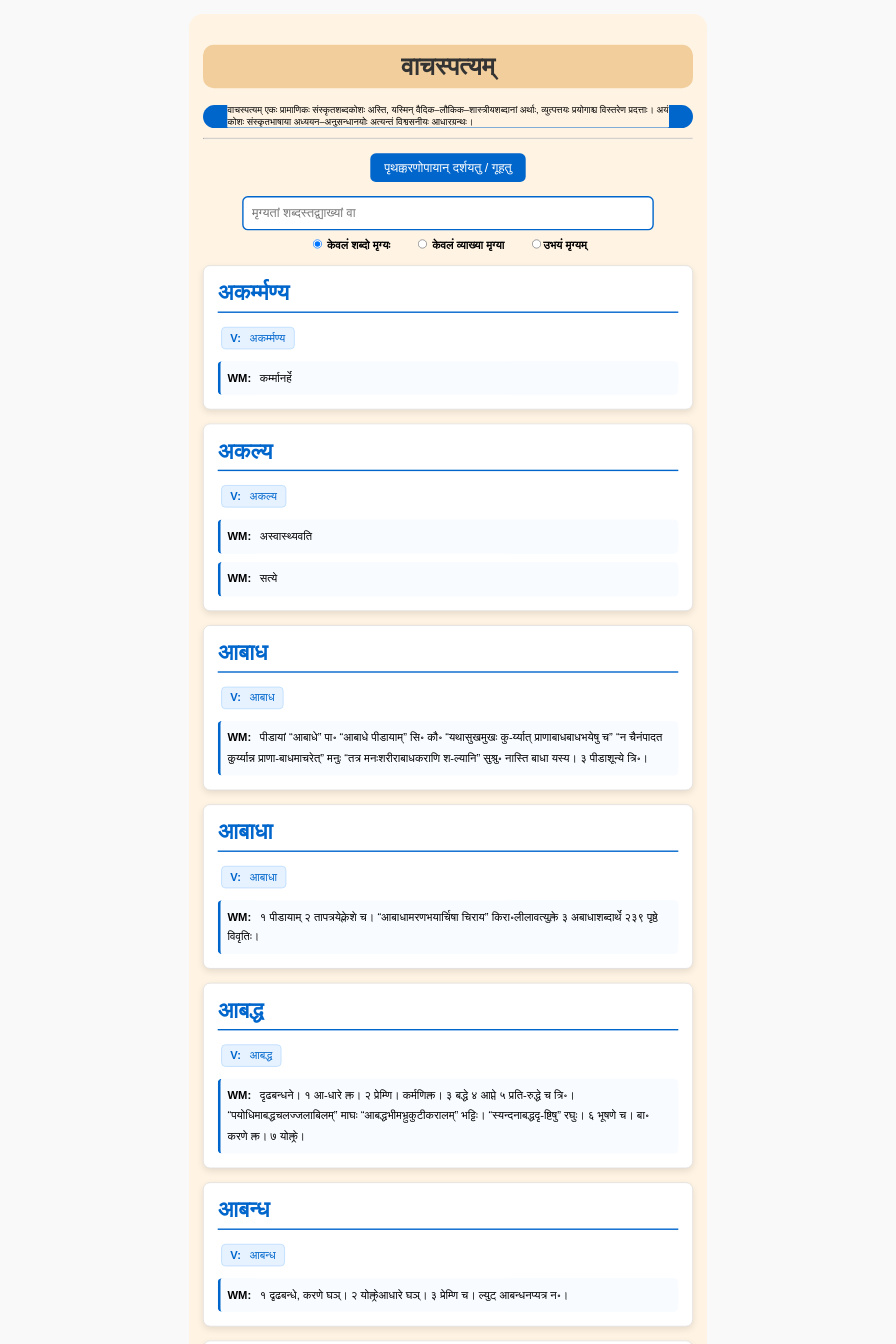
Repository: sanskritsphere/vachaspatyam-demo
Page: index.html
These files come from the project's save history. The page is drawn as it stood at one moment and after the next save; the edit follows.
The browser window is 1280 px wide. The pictures show the part of the page from y = 0 to 1920 px (the page is 3444 px tall), at 70% of full size.

Above is the page before, as saved 2025-12-14 12:49:20.

### index.html
<!DOCTYPE html>
<html lang="sa">
<head>
    <meta charset="UTF-8">
    <meta name="viewport" content="width=device-width, initial-scale=1.0">
    <link rel="styleSheet" type="text/css" href="style.css">
    <title>वाचस्पत्यम् शब्दकोशः</title>

</head>
<body>
    <div class="container">
    <header>
        <h1>वाचस्पत्यम्</h1>
    <p class="small">वाचस्पत्यम् एकः प्रामाणिकः संस्कृतशब्दकोशः अस्ति, यस्मिन् वैदिक–लौकिक–शास्त्रीयशब्दानां अर्थाः, व्युत्पत्तयः प्रयोगाश्च विस्तरेण प्रदत्ताः।
अयं कोशः संस्कृतभाषाया अध्ययन–अनुसन्धानयोः अत्यन्तं विश्वसनीयः आधारग्रन्थः।</p>
    </header>
    <hr>
    <button id="toggleFilters">पृथक्करणोपायान् दर्शयतु / गूहतु</button>

    <div id="searchContainer">
        <input type="text" id="search" placeholder="मृग्यतां शब्दस्तद्व्याख्यां वा">
        <div class="search-options">
            <label><input type="radio" name="searchMode" value="wordOnly" checked> केवलं शब्दो मृग्यः</label>
            <label><input type="radio" name="searchMode" value="meaningOnly"> केवलं व्याख्या मृग्या</label>
            <label><input type="radio" name="searchMode" value="both">उभयं मृग्यम्</label>
        </div>
    </div>

    <div class="filters" id="filtersPanel">
        <div class="filter-group" id="startingLetterGroup">
            <label>आद्यक्षरानुक्रमेण पृथक्करणम्</label>
            <select id="startingLetterFilter">
                <option value="">सर्वाणि आद्यक्षराणि</option>
            </select>
        </div>

        <div class="filter-group" id="gcGroup">
            <label>लिङ्गशः पृथक्करणम्</label>
            <select id="gcFilter">
                <option value="">सर्वलिङ्गानि</option>
            </select>
        </div>

        <!-- टैग विज़िबिलिटी -->
        <div class="filter-group" style="grid-column: 1 / -1;" id="tagVisibilityGroup">
            <label>दर्शयितुमिष्टानि खण्डानि चिन्वीत</label>
            <div class="tag-visibility" id="tagVisibility">
                <!-- डायनामिकली जनरेट होगा -->
            </div>
        </div>

        <!-- नए टैग फ़िल्टर सेक्शन -->
        <div class="filter-group" style="grid-column: 1 / -1;" id="tagFiltersGroup">
            <label>टैग्-मूल्येन विशिष्टमानानि चीयन्ताम्</label>
            <div class="tag-filters" id="tagFilters">
                <!-- XML से सभी टैग्स के लिए डायनामिक सिलेक्ट बॉक्स जनरेट होंगे -->
            </div>
        </div>
    </div>

    <div id="results"></div>
</div>
    <script>
        let dictionary = [];
        let allTags = new Set();
        let tagValues = {}; // { tag: Set of values }
        let startingLetters = new Set();
        let gcValues = new Set();
        let currentPage = 1;
        const itemsPerPage = 25;
        // XML फ़ाइल लोड करना
        fetch('vachaspatyam.xml')
            .then(response => response.text())
            .then(xmlText => {
                const parser = new DOMParser();
                const xml = parser.parseFromString(xmlText, "application/xml");
                const entries = xml.querySelectorAll('entry');

                entries.forEach(entry => {
                    const obj = {};
                    entry.querySelectorAll('*').forEach(child => {
                        const tagName = child.tagName;
                        allTags.add(tagName);

                        if (!obj[tagName]) obj[tagName] = [];
                        const value = child.textContent.trim();
                        if (value) obj[tagName].push(value);

                        // टैग वैल्यूज़ कलेक्ट करना
                        if (!tagValues[tagName]) tagValues[tagName] = new Set();
                        tagValues[tagName].add(value);

                        // विशेष हैंडलिंग
                        if (tagName === 'V' && value) {
                            startingLetters.add(value[0]);
                        }
                        if (tagName === 'GC' && value) {
                            gcValues.add(value);
                        }
                    });
                    dictionary.push(obj);
                });

                generateDynamicFilters();
                generateTagVisibility();
                generateTagFilters(); // नया फ़ीचर
                renderEntries(dictionary);
            })
            .catch(err => {
                document.getElementById('results').innerHTML =
                    '<p class="no-results">vachaspatyam.xml इति संचिका न लब्धा। कृपया तां स्थापयतु।</p>';
                console.error(err);
            });

        function generateDynamicFilters() {
            const startingSelect = document.getElementById('startingLetterFilter');
            [...startingLetters].sort().forEach(letter => {
                const opt = document.createElement('option');
                opt.value = letter;
                opt.textContent = letter;
                startingSelect.appendChild(opt);
            });

            const gcSelect = document.getElementById('gcFilter');
            [...gcValues].sort().forEach(gc => {
                const opt = document.createElement('option');
                opt.value = gc;
                opt.textContent = gc;
                gcSelect.appendChild(opt);
            });
        }

        function generateTagVisibility() {
            const container = document.getElementById('tagVisibility');
            container.innerHTML = '';
            [...allTags].sort().forEach(tag => {
                const label = document.createElement('label');
                const checkbox = document.createElement('input');
                checkbox.type = 'checkbox';
                checkbox.id = 'show' + tag;
                checkbox.checked = tag === 'V' || tag === 'WM'; // डिफ़ॉल्ट V और WM दिखाएँ
                label.appendChild(checkbox);
                label.appendChild(document.createTextNode(' ' + tag));
                container.appendChild(label);
            });
        }

        function generateTagFilters() {
            const container = document.getElementById('tagFilters');
            container.innerHTML = '';
            [...allTags].sort().forEach(tag => {
                if (tag === 'V') return; // V के लिए पहले से आदि अक्षर फ़िल्टर है

                const group = document.createElement('div');
                group.className = 'filter-group';

                const label = document.createElement('label');
                label.textContent = `${tag} मूल्येन पृथक्करोतु`;
                group.appendChild(label);

                const select = document.createElement('select');
                select.id = 'filter_' + tag;
                select.innerHTML = '<option value="">सर्वाणि</option>';

                // टैग के सभी यूनिक वैल्यूज़ जोड़ना
                [...tagValues[tag]].sort().forEach(val => {
                    const opt = document.createElement('option');
                    opt.value = val;
                    opt.textContent = val;
                    select.appendChild(opt);
                });

                group.appendChild(select);
                container.appendChild(group);
            });
        }

        function getMeaningText(entry) {
            let text = '';
            Object.keys(entry).forEach(key => {
                if (key !== 'V') {
                    text += entry[key].join(' ') + ' ';
                }
            });
            return text;
        }

        function renderEntries(entries) {
            const resultsDiv = document.getElementById('results');
            resultsDiv.innerHTML = '';
            if (entries.length === 0) {
                resultsDiv.innerHTML = '<p class="no-results">कश्चन शब्दो न लब्धः। कृपया मृग्यपदं परिवर्तयतु।</p>';
                return;
            }

            entries.forEach(entry => {
                const div = document.createElement('div');
                div.className = 'entry';
                div.innerHTML = `<h3>${entry.V ? entry.V[0] : 'अज्ञातः'}</h3>`;

                const tagsDiv = document.createElement('div');

                allTags.forEach(tag => {
                    const checkbox = document.getElementById('show' + tag);
                    if (checkbox && checkbox.checked && entry[tag]) {
                        entry[tag].forEach(value => {
                            if (tag === 'WM' || tag === 'EXP') {
                                tagsDiv.innerHTML += `<div class="content"><span class="tag-name">${tag}:</span> ${value}</div>`;
                            } else {
                                tagsDiv.innerHTML += `<span class="tag"><span class="tag-name">${tag}:</span> ${value}</span>`;
                            }
                        });
                    }
                });

                div.appendChild(tagsDiv);
                resultsDiv.appendChild(div);
            });
        }

        function filterEntries() {
            let filtered = dictionary;

            const query = document.getElementById('search').value.trim();
            const searchMode = document.querySelector('input[name="searchMode"]:checked').value;

            if (query) {
                if (searchMode === 'wordOnly') {
                    filtered = filtered.filter(entry => entry.V && entry.V.some(v => v.includes(query)));
                } else if (searchMode === 'meaningOnly') {
                    filtered = filtered.filter(entry => getMeaningText(entry).includes(query));
                } else {
                    filtered = filtered.filter(entry =>
                        (entry.V && entry.V.some(v => v.includes(query))) ||
                        getMeaningText(entry).includes(query)
                    );
                }
            }

            const startingLetter = document.getElementById('startingLetterFilter').value;
            if (startingLetter) {
                filtered = filtered.filter(entry => entry.V && entry.V[0].startsWith(startingLetter));
            }

            const gc = document.getElementById('gcFilter').value;
            if (gc) {
                filtered = filtered.filter(entry => entry.GC && entry.GC.includes(gc));
            }

            // सभी टैग फ़िल्टर्स
            allTags.forEach(tag => {
                const select = document.getElementById('filter_' + tag);
                if (select && select.value) {
                    const filterValue = select.value;
                    filtered = filtered.filter(entry =>
                        entry[tag] && entry[tag].includes(filterValue)
                    );
                }
            });

            renderEntries(filtered);
        }

        // टॉगल बटन
        document.getElementById('toggleFilters').addEventListener('click', () => {
            const panel = document.getElementById('filtersPanel');
            panel.style.display = (panel.style.display === 'none' || panel.style.display === '') ? 'grid' : 'none';
        });

    function generateTagVisibility() {
    const container = document.getElementById('tagVisibility');
    container.innerHTML = '';

    // टैग नेम → संस्कृत में पूरा लेबल (विवरण)
    const tagLabels = {
        V:    "शब्दः (Vocable)",
        GC:   "लिङ्गम् (Grammatical Category)",
        GR:   "व्युत्पत्तिः (Grammar & Root)",
        ET:   "व्युत्पत्ति-विवरणम् (Etymology)",
        EXP:  "व्याख्या (Explanation)",
        CA:   "समास-विश्लेषणम् (Compound Analysis)",
        CT:   "उद्धरणम् (Citation Text)",
        RM:   "सन्दर्भः (Reference Mode)",
        WM:   "मुख्यार्थः (Word Meaning)"
        // यदि भविष्य में नया टैग जोड़ा जाए तो यहाँ उसका विवरण जोड़ सकते हैं
    };

    [...allTags].sort().forEach(tag => {
        const label = document.createElement('label');
        const checkbox = document.createElement('input');
        checkbox.type = 'checkbox';
        checkbox.id = 'show' + tag;
        // डिफ़ॉल्ट: V और WM हमेशा चेक रहें
        checkbox.checked = (tag === 'V' || tag === 'WM');

        label.appendChild(checkbox);
        // विवरण यदि उपलब्ध हो तो दिखाएँ, अन्यथा केवल टैग नेम
        const displayText = tagLabels[tag] || tag;
        label.appendChild(document.createTextNode(' ' + displayText));

        container.appendChild(label);
    });
}



        // सभी इवेंट्स
        document.getElementById('search').addEventListener('input', filterEntries);
        document.querySelectorAll('input[name="searchMode"]').forEach(radio => radio.addEventListener('change', filterEntries));
        document.getElementById('startingLetterFilter').addEventListener('change', filterEntries);
        document.getElementById('gcFilter').addEventListener('change', filterEntries);
        document.getElementById('filtersPanel').addEventListener('change', filterEntries); // सभी सिलेक्ट और चेकबॉक्स
    </script>
</body>
</html>

### style.css

        body {
            font-family: 'Sanskrit Text', 'Arial Unicode MS', Arial, sans-serif;
            margin: 20px;
            background-color: #f9f9f9;
            direction: ltr;
        }
        .container{
            width: 95%;
            max-width: 700px;
            margin: auto;
            background-color: #fff3e3;
            padding: 20px;
            border-radius: 20px;
        }
        header{
            display: block;
            justify-content: center;
            align-items: center;
            gap: 20px;
        }

       header h1 {
            text-align: center;
            color: #333;
            font-size: 36px;
            background-color: #f1ce9c;
            padding: 10px;
            border-radius: 15px;
        }
       header .small{
            font-size: smaller;
            border-left: 35px solid #0066cc;
            border-radius: 100px ;
            border-right: 35px solid #0066cc;
            border-bottom: 1px solid #0066cc;
        }
        #toggleFilters {
            display: block;
            margin: 20px auto;
            padding: 10px 20px;
            font-size: 18px;
            background: #0066cc;
            color: white;
            border: none;
            border-radius: 8px;
            cursor: pointer;
        }
        #toggleFilters:hover {
            background: #0055aa;
        }
        #searchContainer {
            margin-bottom: 20px;
            text-align: center;
        }
        #search {
            width: 80%;
            max-width: 600px;
            padding: 12px;
            font-size: 18px;
            border: 2px solid #0066cc;
            border-radius: 8px;
        }
        .search-options {
            margin-top: 10px;
        }
        .search-options label {
            margin: 0 15px;
            font-weight: bold;
            font-size: 16px;
        }
        .filters {
            margin-bottom: 30px;
            padding: 15px;
            background: #fff;
            border: 1px solid #ddd;
            border-radius: 10px;
            box-shadow: 0 4px 10px rgba(0,0,0,0.1);
            display: grid;
            grid-template-columns: repeat(auto-fit, minmax(300px, 1fr));
            gap: 20px;
            display: none; /* शुरू में छिपा */
        }
        .filter-group {
            display: flex;
            flex-direction: column;
        }
        .filter-group label {
            font-weight: bold;
            margin-bottom: 8px;
            color: #333;
            font-size: 18px;
        }
        .filter-group select {
            padding: 8px;
            border-radius: 6px;
            border: 1px solid #ccc;
            font-size: 16px;
            max-width: 300px;
        }
        .tag-visibility {
            display: grid;
            grid-template-columns: repeat(auto-fill, minmax(180px, 1fr));
            gap: 10px;
            margin-top: 10px;
        }
        .tag-visibility label {
            font-weight: normal;
            display: flex;
            align-items: center;
            font-size: 16px;
        }
        .tag-visibility input[type="checkbox"] {
            margin-right: 8px;
        }
        .tag-filters {
            display: grid;
            grid-template-columns: repeat(auto-fill, minmax(250px, 1fr));
            gap: 15px;
            margin-top: 15px;
            padding: 10px;
            background: #f0f8ff;
            border-radius: 8px;
        }
        #results {
            display: grid;
            gap: 20px;
        }
        .entry {
            background: white;
            padding: 20px;
            border: 1px solid #ddd;
            border-radius: 10px;
            box-shadow: 0 4px 10px rgba(0,0,0,0.1);
        }
        .entry h3 {
            margin: 0 0 15px 0;
            color: #0066cc;
            font-size: 32px;
            border-bottom: 2px solid #0066cc;
            padding-bottom: 8px;
        }
        .tag {
            display: inline-block;
            background: #e6f2ff;
            color: #0066cc;
            padding: 6px 12px;
            margin: 5px;
            border-radius: 6px;
            font-size: 16px;
            border: 1px solid #b3d9ff;
        }
        .tag-name {
            font-weight: bold;
            margin-right: 8px;
        }
        .content {
            margin-top: 12px;
            line-height: 1.8;
            background: #f8fbff;
            padding: 10px;
            border-radius: 6px;
            border-left: 4px solid #0066cc;
            font-size: 16px;
        }
        .no-results {
            text-align: center;
            color: #888;
            font-size: 22px;
            padding: 40px;
        }
        @media (max-width: 768px) {
            .filters {
                grid-template-columns: 1fr;
            }
            .tag-visibility, .tag-filters {
                grid-template-columns: 1fr;
            }
            #search {
                width: 100%;
            }
        }

After the next save:
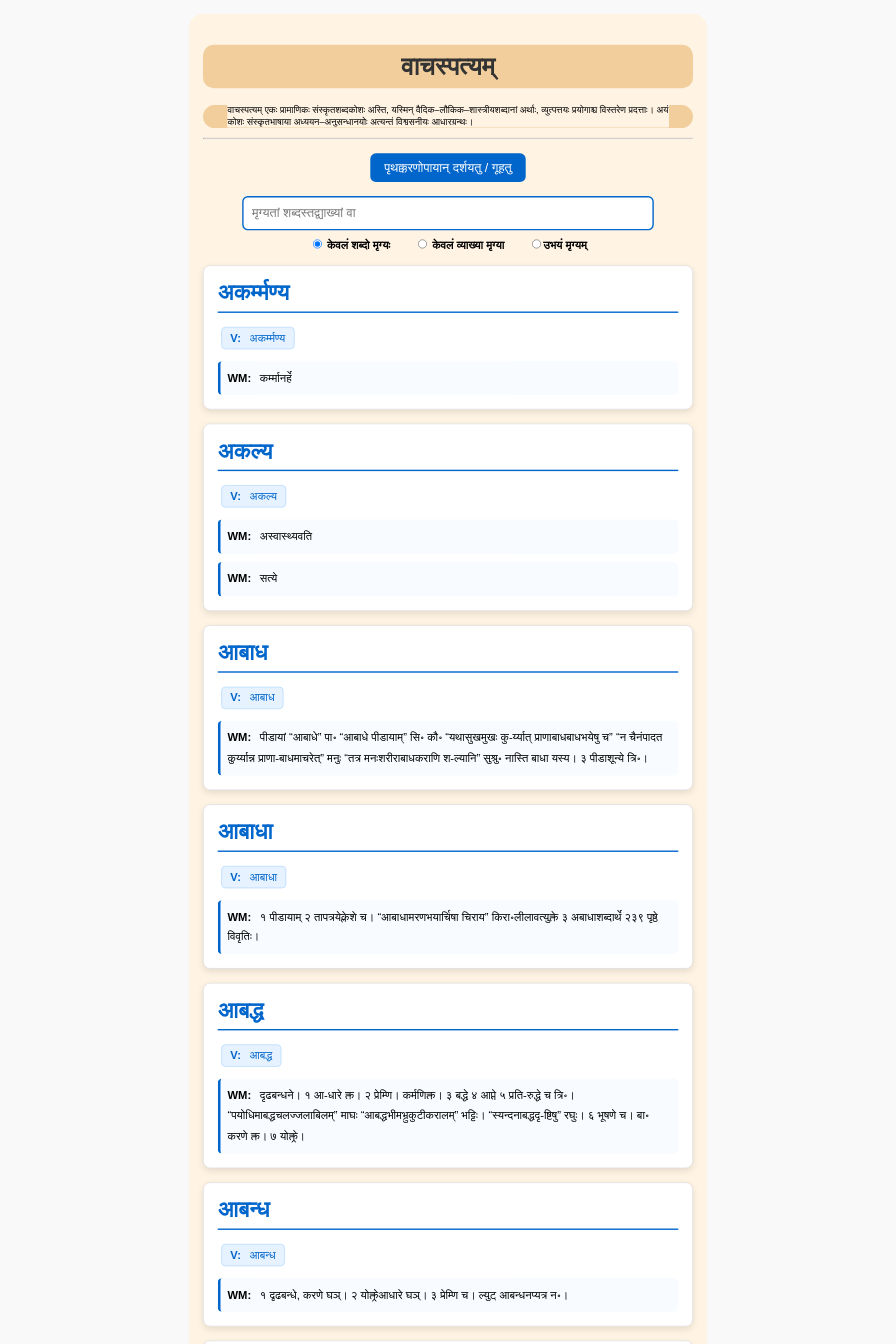
Saved 26 s later.
--- a/style.css
+++ b/style.css
@@ -30,10 +30,10 @@
         }
        header .small{
             font-size: smaller;
-            border-left: 35px solid #0066cc;
+            border-left: 35px solid #f1ce9c;
             border-radius: 100px ;
-            border-right: 35px solid #0066cc;
-            border-bottom: 1px solid #0066cc;
+            border-right: 35px solid #f1ce9c;
+            border-bottom: 1px solid #f1ce9c;
         }
         #toggleFilters {
             display: block;
